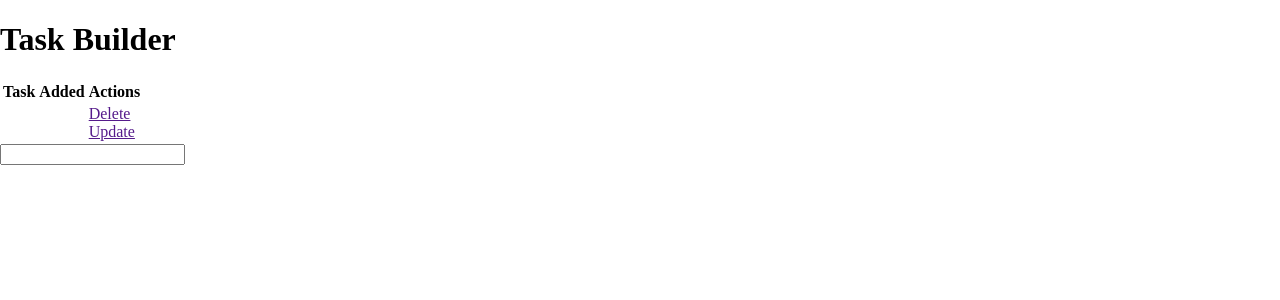
Repository: inno03/flask-test
Page: http://localhost/
These files come from the project's save history. The page is drawn as it stood at one moment and after the next save; the edit follows.
The browser window is 1280 px wide. The pictures show the whole page.
The page is served by the project's application, run on Flask 3 (app.py).

Above is the page before, as saved 2023-08-11 06:24:50.

### templates/index.html
 {% extends 'base.html' %}

{% block head %}

{% endblock %}

{% block body %}
<div class="content">
  <h1>Task Builder</h1>

  <table>
    <tr>
      <th>Task</th>
      <th>Added</th>
      <th>Actions</th>
      </tr>
      <tr>
        <td></td>
        <td></td>
        <td>
          <a href="">Delete</a>
          <br>
          <a href="">Update</a>
        </td>
      </tr>
      </table>
      <form action="/" method="POST">
        <input type="text" name="content" id="content">

      </div>

{% endblock %}

### templates/base.html
<!DOCTYPE html>
<html lang="en">
  <head>
    <meta charset="UTF-8" />
    <meta name="viewport" content="width=device-width, initial-scale=0">
    <meta http-equiv="X-UA-Compatible" content="IE=edge">
    <link rel="stylesheet" href="{{ url_for('static', filename='css/main.css') }}"
    {% block head %}{% endblock %}
    </head>
    <body>
      {% block body %}{% endblock %}
      </body>
      </html>

### app.py
from flask import Flask, render_template, url_for
from flask_sqlalchemy import SQLAlchemy
from datetime import datetime

app = Flask(__name__)
app.config['SQLALCHEMY_DATABASE_URI'] = 'sqlite:///test.db'
db = SQLAlchemy(app)


class Todo(db.Model):
    id = db.Column(db.Integer, primary_key=True)
    content = db.Column(db.String(200), nullable=False)
    date_created = db.Column(db.DateTime, default=datetime.utcnow)

    def __repr__(self):
        return '<Task %r>' % self.id

@app.route("/", methods=["POST", "GET"])
def index():
  return render_template('index.html')

if __name__ == "__main__":
  app.run(debug=True)

### static/css/main.css
body{
  margin: 0;
  font-family: ;
}

After the next save:
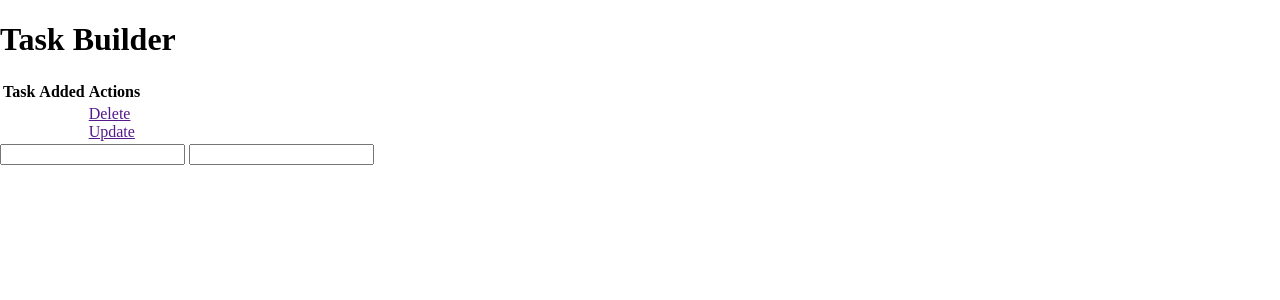
Saved 21 s later.
--- a/templates/index.html
+++ b/templates/index.html
@@ -26,7 +26,7 @@
       </table>
       <form action="/" method="POST">
         <input type="text" name="content" id="content">
-
+        <input type=""
       </div>
 
 {% endblock %}
